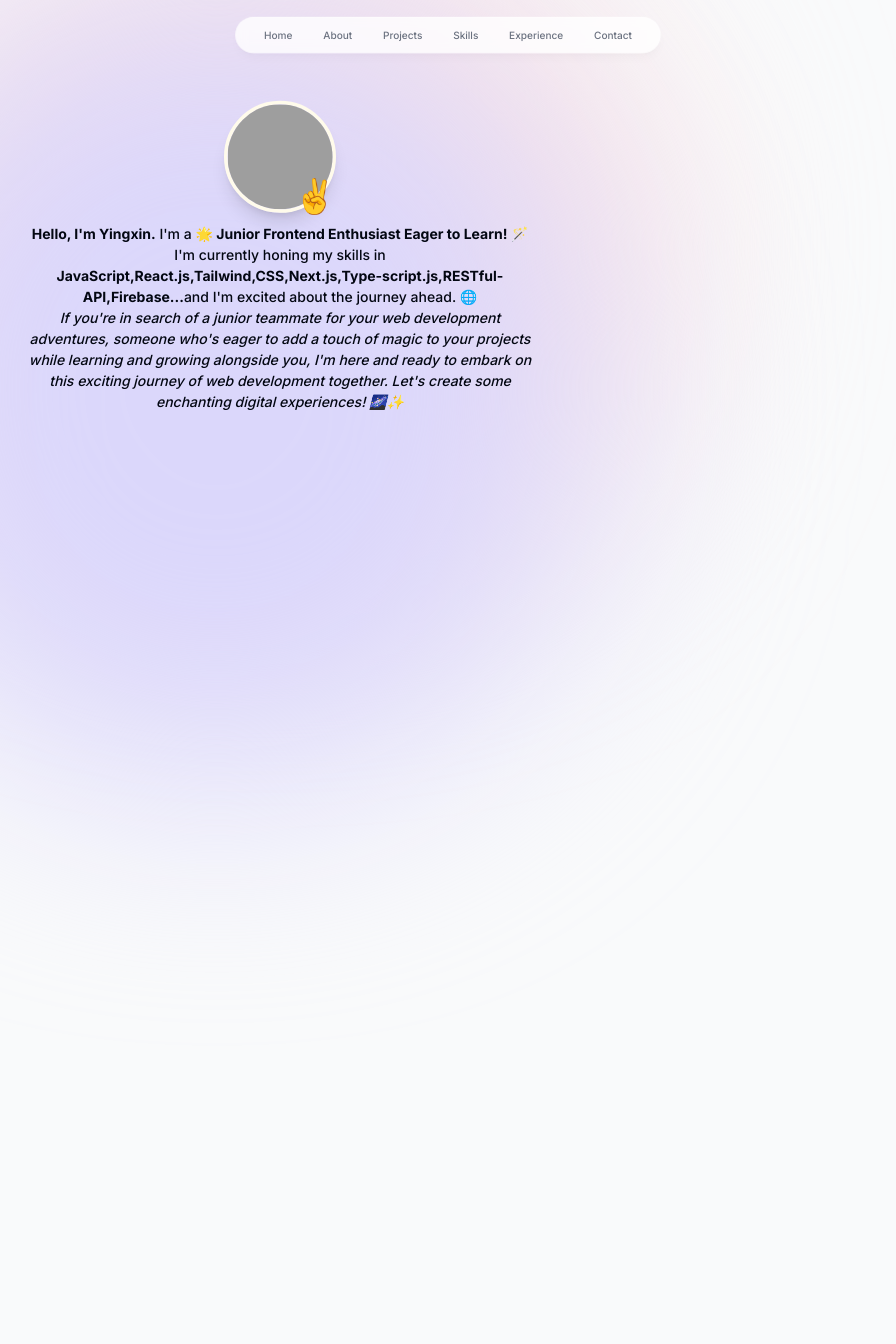
Repository: Tracy-maker/portfolio_website
Page: /
The author's editor kept a copy of each file at every save. The page is drawn from the files as they stood at one save, then again after the next save.
The browser window is 1280 px wide. The pictures show the part of the page from y = 0 to 1920 px (the page is 5000 px tall), at 70% of full size.
Pictures or frames that could not be fetched are drawn as grey boxes. The project was rebuilt for these pictures with package versions that can differ from the ones it lists, and the page was loaded fresh each time. The framework's server and built-in components were replaced by stand-ins that run in the browser. Also part of the build but not shown: next.config.js.

Above is the page before, as saved 2023-10-02 18:10:14.

### app/layout.tsx
import Header from "@/components/header";
import "./globals.css";
import type { Metadata } from "next";
import { Inter } from "next/font/google";

const inter = Inter({ subsets: ["latin"] });

export const metadata: Metadata = {
  title: "Yingxin_Zhang | Portfolio",
  description: "Yingxin_Zhang is a front-end developer",
};

export default function RootLayout({
  children,
}: {
  children: React.ReactNode;
}) {
  return (
    <html lang="en">
      <body
        className={`${inter.className} bg-gray-50 text-gray-950 relative h-[5000px] pt-28 sm:pt-36`}
      >
        <div className="bg-[#fbe2e3] absolute top-[-6rem] -z-10 right-[21rem] h-[56.25rem] w-[31.25rem] rounded-full blur-[10rem] sm:w-[68.75rem]"></div>
        <div className="bg-[#dbd7fb] absolute top-[-1rem] -z-10 left-[-45rem] h-[71.25rem] w-[-30rem] rounded-full blur-[10rem] sm:w-[68.75rem] md:left-[-33rem] lg:left-[-28rem] xl:left-[-15rem] 2xl:left-[-5rem]"></div>
        <Header />
        {children}
      </body>
    </html>
  );
}

### app/page.tsx
import Intro from "@/components/intro";
import Image from "next/image";

export default function Home() {
  return (
    <main className="">
      <Intro />
    </main>
  );
}

### components/header.tsx
"use client";
import { motion } from "framer-motion";
import { links } from "@/lib/data";
import Link from "next/link";

export default function Header() {
  return (
    <header className="z-[999] relative">
      <motion.div
        className="fixed top-0 left-1/2 h-[4.5rem] w-full
        rounded-none border border-white border-opacity-40
        bg-white bg-opacity-80 shadow-lg shadow-black/[0.03]
        backdrop-blur-[0.5rem] sm:top-6 sm:h-[3.25rem] sm:w-[38rem] sm:rounded-full"
        initial={{ y: -100, x: "-50%", opacity: 0 }}
        animate={{ y: 0, x: "-50%", opacity: 1 }}
      ></motion.div>

      <nav className="flex fixed top-[0.15rem] left-1/2 h-12 -translate-x-1/2 py-2 sm:top-[1.7rem] sm:h-[initial] sm:py-0">
        <ul className="flex w-[22rem] flex-wrap items-center justify-center gap-y-1 text-[0.9rem] font-medium text-gray-500 sm:w-[initial] sm:flex-nowrap sm:gap-5">
          {links.map((link) => (
            <motion.li
              className="h-3/4 flex items-center justify-center relative"
              key={link.hash}
              initial={{ y: -100, opacity: 0 }}
              animate={{ y: 0, opacity: 1 }}
            >
              <Link
                className="flex w-full items-center justify-center px-3 py-3 hover:text-gray-950 transition"
                href={link.hash}
              >
                {link.name}
              </Link>
            </motion.li>
          ))}
        </ul>
      </nav>
    </header>
  );
}

### components/intro.tsx
"use client";

import Image from "next/image";
import React from "react";
import { motion } from "framer-motion";

export default function Intro() {
  return (
    <section className="mb-28 max-w-[50rem] text-center sm:mb-0 scroll-mt-[100rem]">
      <div className="flex items-center justify-center">
        <div className="relative">
          <motion.div
            initial={{ opacity: 0, scale: 0 }}
            animate={{ opacity: 1, scale: 1 }}
            transition={{
              type: "tween",
              duration: 0.2,
            }}
          >
            <Image
              src="https://i.ibb.co/MRHHtS5/Wechat-IMG7.jpg"
              alt="Personal image"
              width="300"
              height="300"
              quality="90"
              priority={true}
              className="h-40 w-40 rounded-full object-cover border-[0.35rem] border-amber-50 shadow-xl"
            />
          </motion.div>

          <motion.span
            className="absolute bottom-0 right-0 text-5xl"
            initial={{ opacity: 0, scale: 0 }}
            animate={{ opacity: 1, scale: 1 }}
            transition={{
              type: "spring",
              stiffness: 125,
              delay: 0.1,
              duration: 0.7,
            }}
          >
            ✌️
          </motion.span>
        </div>
      </div>
      <motion.h6
        className="mb-10 mt-4 px-10 text-l font-medium !leading-[1.5] sm:text-xl"
        initial={{ opacity: 0, y: 100 }}
        animate={{ opacity: 1, y: 0 }}
      >
        <span className="font-bold">Hello, I'm Yingxin.</span> I'm a{" "}
        <span className="font-bold">
          🌟 Junior Frontend Enthusiast Eager to Learn! 🪄
        </span>
        <br />
        I'm currently honing my skills in
        <span className="font-bold">
          {""}{" "}
          JavaScript,React.js,Tailwind,CSS,Next.js,Type-script.js,RESTful-API,Firebase...
        </span>
        and I'm excited about the journey ahead. 🌐
        <br />
        <span className="italic">
          If you're in search of a junior teammate for your web development
          adventures, someone who's eager to add a touch of magic to your
          projects while learning and growing alongside you, I'm here and ready
          to embark on this exciting journey of web development together. Let's
          create some enchanting digital experiences! 🌌✨
        </span>
      </motion.h6>
    </section>
  );
}

### lib/data.ts
import React from "react";
import { CgWorkAlt } from "react-icons/cg";
import { FaReact } from "react-icons/fa";
import { LuGraduationCap } from "react-icons/lu";
import p1Img from "@/public/p1.png";
import p2Img from "@/public/p2.png";
import p3Img from "@/public/p3.png";

export const links = [
  {
    name: "Home",
    hash: "#home",
  },
  {
    name: "About",
    hash: "#about",
  },
  {
    name: "Projects",
    hash: "#projects",
  },
  {
    name: "Skills",
    hash: "#skills",
  },
  {
    name: "Experience",
    hash: "#experience",
  },
  {
    name: "Contact",
    hash: "#contact",
  },
] as const;

export const experiencesData = [
  {
    title: "Graduated bootcamp",
    location: "Miami, FL",
    description:
      "I graduated after 6 months of studying. I immediately found a job as a front-end developer.",
    icon: React.createElement(LuGraduationCap),
    date: "2019",
  },
  {
    title: "Front-End Developer",
    location: "Orlando, FL",
    description:
      "I worked as a front-end developer for 2 years in 1 job and 1 year in another job. I also upskilled to the full stack.",
    icon: React.createElement(CgWorkAlt),
    date: "2019 - 2021",
  },
  {
    title: "Full-Stack Developer",
    location: "Houston, TX",
    description:
      "I'm now a full-stack developer working as a freelancer. My stack includes React, Next.js, TypeScript, Tailwind, Prisma and MongoDB. I'm open to full-time opportunities.",
    icon: React.createElement(FaReact),
    date: "2021 - present",
  },
] as const;

export const projectsData = [
  {
    title: "CorpComment",
    description:
      "I worked as a full-stack developer on this startup project for 2 years. Users can give public feedback to companies.",
    tags: ["React", "Next.js", "MongoDB", "Tailwind", "Prisma"],
    imageUrl: p1Img,
  },
  {
    title: "rmtDev",
    description:
      "Job board for remote developer jobs. I was the front-end developer. It has features like filtering, sorting and pagination.",
    tags: ["React", "TypeScript", "Next.js", "Tailwind", "Redux"],
    imageUrl: p2Img,
  },
  {
    title: "Word Analytics",
    description:
      "A public web app for quick analytics on text. It shows word count, character count and social media post limits.",
    tags: ["React", "Next.js", "SQL", "Tailwind", "Framer"],
    imageUrl: p3Img,
  },
] as const;

export const skillsData = [
  "HTML",
  "CSS",
  "JavaScript",
  "TypeScript",
  "React",
  "Next.js",
  "Git",
  "MUI-material",
  "Tailwind",
  "REST-API",
  "PostgreSQL",
  "Framer Motion",
] as const;

Loaded but not shown: app/globals.css (common file); tailwind.config.ts (common file)

After the next save:
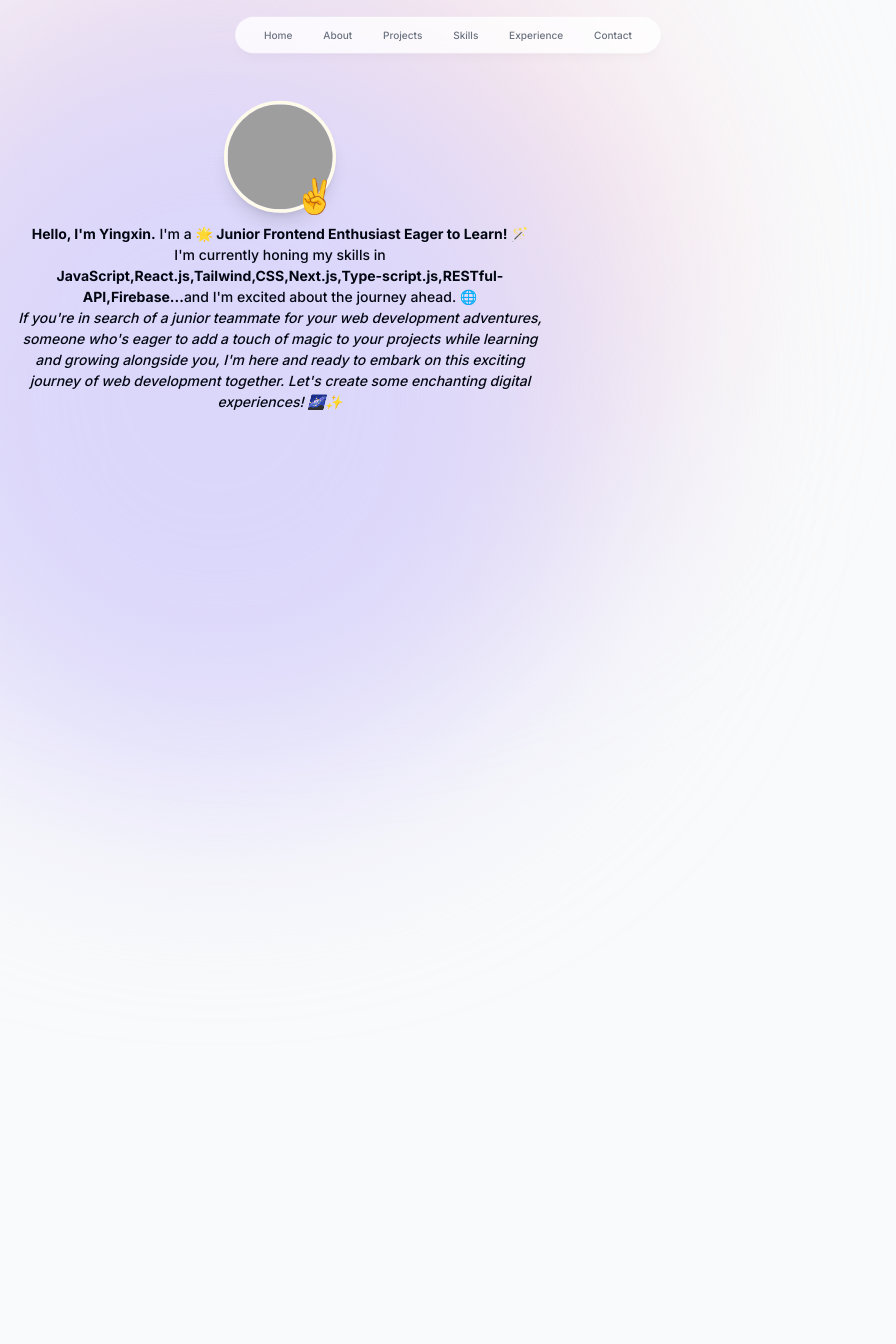
Saved 16 s later.
--- a/components/intro.tsx
+++ b/components/intro.tsx
@@ -44,7 +44,7 @@ export default function Intro() {
         </div>
       </div>
       <motion.h6
-        className="mb-10 mt-4 px-10 text-l font-medium !leading-[1.5] sm:text-xl"
+        className="mb-10 mt-4 px-4 text-l font-medium !leading-[1.5] sm:text-xl"
         initial={{ opacity: 0, y: 100 }}
         animate={{ opacity: 1, y: 0 }}
       >
